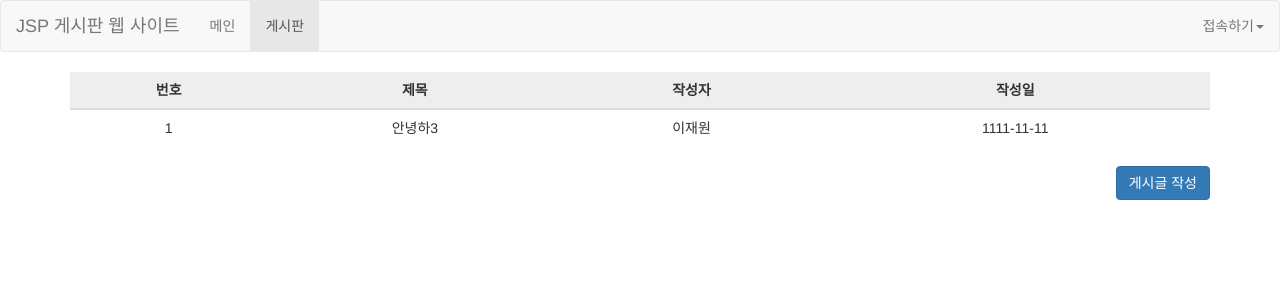
Repository: LeeJaeweon/Project
Page: http://localhost/BBS/bbs.jsp
The author's editor kept a copy of each file at every save. The page is drawn from the files as they stood at one save, then again after the next save.
The browser window is 1280 px wide. The pictures show the whole page.
Some web libraries are served in a nearby version. The page is served by Tomcat 9. Other server files are loaded and not shown.

Above is the page before, as saved 2023-06-15 07:50:48.

### BBS/src/main/webapp/bbs.jsp
<%@ page language="java" contentType="text/html; charset=UTF-8"
    pageEncoding="UTF-8"%>
<%@ page import="java.io.PrintWriter" %>
<!DOCTYPE html PUBLIC "-//W3C//DTD HTML 4.01 Transitional//EN" "http://www.w3.org/TR/html4/loose.dtd">
<html>
<head>
<meta http-equiv="Content-Type" content="text/html; charset=UTF-8">
<meta name="viewport" content="width=device-width", initial-scale="1" >  <!-- 반응형 웹에 사용하는 메타태그 -->
<link rel="stylesheet" href="css/bootstrap.css"> <!-- 참조  -->
<title>JSP 게시판 웹 사이트</title>
</head>
<body>
    <%
    String userID = null;
    if (session.getAttribute("userID") != null){
        userID = (String) session.getAttribute("userID");
    }
    %>
    <nav class ="navbar navbar-default">
        <div class="navbar-header"> <!-- 홈페이지의 로고 -->
            <button type="button" class="navbar-toggle collapsed"
                data-toggle="collapse" data-target="#bs-example-navbar-collapse-1"
                aria-expand="false">
                <span class ="icon-bar"></span> <!-- 줄였을때 옆에 짝대기 -->
                <span class ="icon-bar"></span>
                <span class ="icon-bar"></span>
            </button>
            <a class ="navbar-brand" href="main.jsp">JSP 게시판 웹 사이트</a>
        </div>
        <div class="collapse navbar-collapse" id="bs-example-navbar-collapse-1">
            <ul class="nav navbar-nav">
                <li><a href="main.jsp">메인</a></li> <!-- 메인 페이지 -->
                <li class="active"><a href="bbs.jsp">게시판</a></li>
            </ul>
            <%
            	if (userID == null){
            %>
            <ul class="nav navbar-nav navbar-right">
                <li class="dropdown">
                <a href="#" class = "dropdown-toggle"
                    data-toggle="dropdown" role ="button"
                    aria-haspopup="true"
                    aria-expanded="false">접속하기<span class="caret"></span></a>
                    <ul class="dropdown-menu">
                        <li><a href="login.jsp">로그인</a></li>
                        <li><a href="join.jsp">회원가입</a></li>
                    </ul>
                </li>
            </ul>
            <%
            	}else{
            %>
            <ul class="nav navbar-nav navbar-right">
                <li class="dropdown">
                <a href="#" class = "dropdown-toggle"
                    data-toggle="dropdown" role ="button"
                    aria-haspopup="true"
                    aria-expanded="false">회원관리<span class="caret"></span></a>
                    <ul class="dropdown-menu">
                        <li><a href="logoutAction.jsp">로그아웃</a></li>
                    </ul>
                </li>
            </ul>
            <%
            	}
            %>
        </div>
    </nav>
    <div class= "container">
    	<div= "row">
    	    <table class= "table table-stripped" style= "text-align: center; boarder: 1px solid #dddddd">
    	    	<thead>
    	    	<tr>
    	    		<th style= "background-color: #eeeeee; text-align: center;">번호</th>
    	    		<th style= "background-color: #eeeeee; text-align: center;">제목</th>
    	    		<th style= "background-color: #eeeeee; text-align: center;">작성자</th>
    	    		<th style= "background-color: #eeeeee; text-align: center;">작성일</th>
    	    	</tr>
    	    	</thead>
    	    	<tbody>
    	    		<tr>
    	    			<td>1</td>
    	    			<td>안녕하3</td>
    	    			<td>이재원</td>
    	    			<td>1111-11-11</td>
    	    		</tr>
    	    	</tbody>
    	    </table>
    	    <a href= "write.jsp" class= "btn btn-primary pull-right">게시글 작성</a>
    	</div>
    </div>

    <script src="https://code.jquery.com/jquery-3.1.1.min.js"></script>
    <script src="js/bootstrap.js"></script>
</body>
</html>

Loaded but not shown: BBS/src/main/webapp/css/bootstrap.css (library); BBS/src/main/webapp/js/bootstrap.js (library)

After the next save:
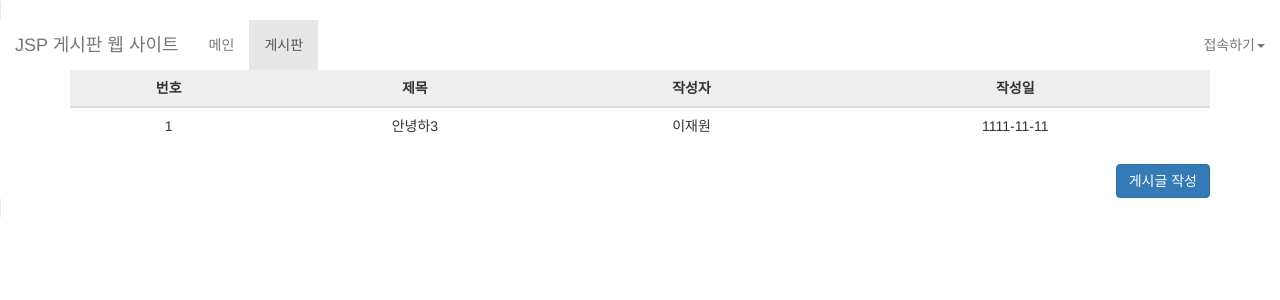
Saved 17 h 16 min later.
--- a/BBS/src/main/webapp/bbs.jsp
+++ b/BBS/src/main/webapp/bbs.jsp
@@ -16,7 +16,7 @@
         userID = (String) session.getAttribute("userID");
     }
     %>
-    <nav class ="navbar navbar-default">
+    <nv class ="navbar navbar-default">
         <div class="navbar-header"> <!-- 홈페이지의 로고 -->
             <button type="button" class="navbar-toggle collapsed"
                 data-toggle="collapse" data-target="#bs-example-navbar-collapse-1"
